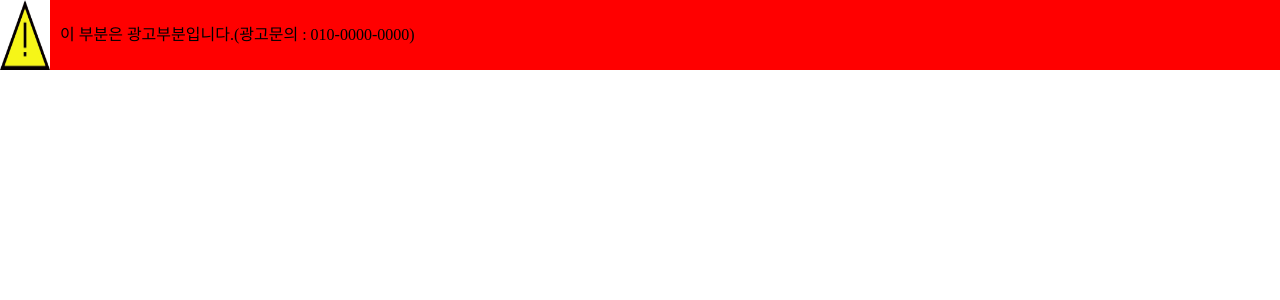
Repository: leehyeonung/myproject
Page: http://localhost/myproject/
An editor plug-in stored every save of this project. The page is shown before and after the next save, followed by the edit.
The browser window is 1280 px wide. The pictures show the whole page.
The page is served by Tomcat 9.

Above is the page before, as saved 2023-03-15 10:52:02.

### myproject/src/main/webapp/index.jsp
<%@ page language="java" contentType="text/html; charset=EUC-KR"
    pageEncoding="EUC-KR"%>
<!DOCTYPE html>
<html>
<head>
<meta charset="EUC-KR">
<title>index</title>
</head>
<body>
<jsp:include page="header.jsp"></jsp:include>
<section>

</section>
<jsp:include page="footer.jsp"></jsp:include>
</body>
</html>

### myproject/src/main/webapp/header.jsp
<%@ page language="java" contentType="text/html; charset=EUC-KR"
    pageEncoding="EUC-KR"%>
<!DOCTYPE html>
<html>
<head>
<meta charset="EUC-KR">
<title>header</title>
<link rel="stylesheet" type="text/css" href="/resources/css/header.css">
</head>
<body>

<div class="ad">
<img alt="" src="/resources/image/warning2.jpg">

<div class="ad_text">
이 부분은 광고부분입니다.(광고문의 : 010-0000-0000)
</div>
<div class="ad_button">
</div>
</div>

<header>
</header>

<nav>
</nav>



</body>
</html>

### myproject/src/main/webapp/footer.jsp
<%@ page language="java" contentType="text/html; charset=EUC-KR"
    pageEncoding="EUC-KR"%>
<!DOCTYPE html>
<html>
<head>
<meta charset="EUC-KR">
<title>footer</title>
</head>
<body>

</body>
</html>

### myproject/src/main/webapp/resources/css/header.css
*{
	position: fixed;
	width:60%;
	left:20%;
}

.ad img{
	left:0px;
	width:50px;
	height: 70px;
}

.ad{
	left:0px;
	width:100%;
	top:0px;
	height:70px;
	background-color: red;
	line-height: 70px;
}
.ad_text{
	left:50px;
	padding-left: 10px;
}
header{

}

nav{

}

After the next save:
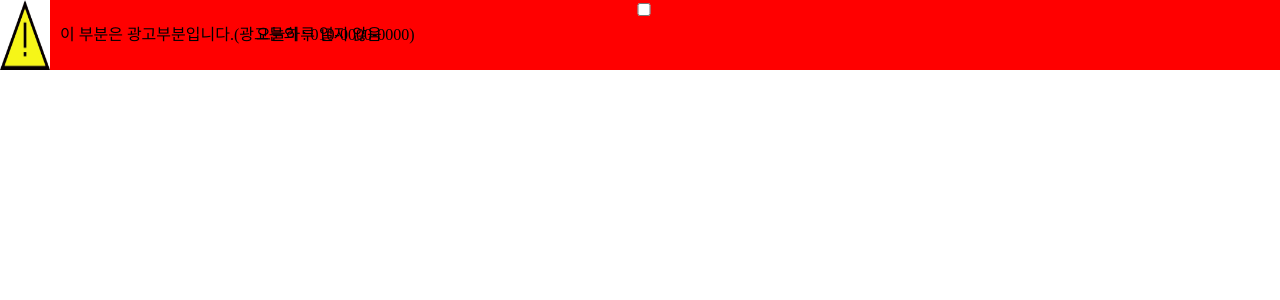
Saved 24 s later.
--- a/myproject/src/main/webapp/header.jsp
+++ b/myproject/src/main/webapp/header.jsp
@@ -16,6 +16,8 @@
 이 부분은 광고부분입니다.(광고문의 : 010-0000-0000)
 </div>
 <div class="ad_button">
+오늘하루 열지 않음
+<input type="checkbox" name="today_check">
 </div>
 </div>
 
